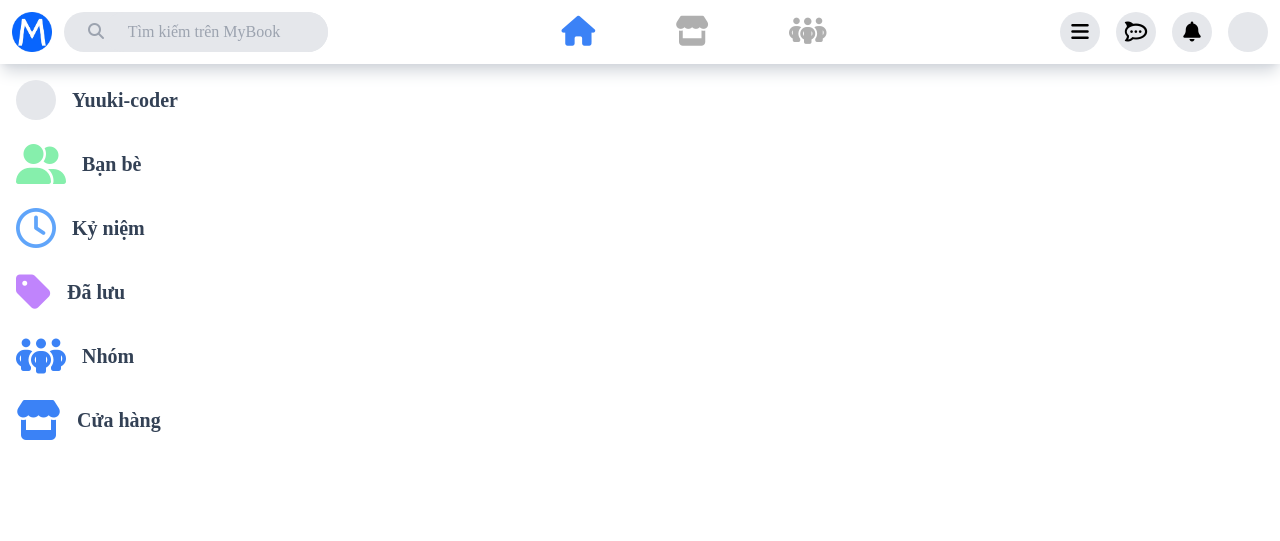
Repository: Yuukicoder/MyBook
Page: / (app in mybook/)
An editor plug-in stored every save of this project. The page is shown before and after the next save, followed by the edit.
The browser window is 1280 px wide. The pictures show the whole page.
The project was rebuilt for these pictures with package versions that can differ from the ones it lists, and the page was loaded fresh each time.

Above is the page before, as saved 2023-12-13 16:13:16.

### mybook/src/index.js
import React from 'react';
import ReactDOM from 'react-dom/client';
import './index.css';
import App from './App';
import reportWebVitals from './reportWebVitals';

const root = ReactDOM.createRoot(document.getElementById('root'));
root.render(
  <React.StrictMode >
  <App / >
  </React.StrictMode>
);

// If you want to start measuring performance in your app, pass a function
// to log results (for example: reportWebVitals(console.log))
// or send to an analytics endpoint. Learn more: https://bit.ly/CRA-vitals
reportWebVitals();

### mybook/src/index.css
@tailwind base;
@tailwind components;
@tailwind utilities;
  @import url('https://fonts.googleapis.com/css2?family=Arima:wght@100;200;300;400;500;700&display=swap');
*{
  margin: 0;
  padding: 0;
  box-sizing: border-box;
  /* border: 1px solid black; */
  font-family: Arima;
}
body{
  width: 100%;
  height: 100vh;
}

### mybook/src/App.js
import './App.css';
import '@fortawesome/fontawesome-free/css/all.min.css';
import Navbar from './Navbar'
import Option from './Option'
 var App = () =>
(
    <div class="">
        <Navbar/>
        <Option name="Yuuki-coder"/>

    </div>
)

export default App;

### mybook/src/App.css
:root{
  --text-color: rgb(175, 175, 175);
  --bg-icon-color: #e5e7eb;
}
.avatar{
  width: 40px;
  height: 40px;
  background-color: var(--bg-icon-color);
  border-radius: 50%;
  display: flex;
  align-items: center;
  justify-content: center;
}

### mybook/src/Navbar.js
import './Navbar.css'
import '@fortawesome/fontawesome-free/css/all.min.css';

var Navbar = () =>(


    <div class="flex items-center justify-between  w-screen py-3 px-3  shadow-lg shadow-gray-300">
        <div class="flex">

    <div class="Navbar_icon pr-3">
        <img class="w-10 h-10" src='iconMyBook.png' alt=""></img>
    </div>
    <div class="Navbar_search h-10 bg-gray-200 rounded-3xl">
        <label class=" text-center h-full pl-6"for="">
    <i class="fa-solid fa-magnifying-glass text-gray-400" ></i>
        </label>

        <input class="rounded-3xl text-center h-full pr-6 bg-gray-200" type="text" placeholder="Tìm kiếm trên MyBook"></input>
        </div>

    </div>
    <div class="  Navbar_selection">
        <ul class="flex gap-20">
            <li>
            <i class="fa-solid fa-house text-blue-500"></i>
            </li>
            <li>
            <i class="fa-solid fa-store"></i>
            </li>
            <li> <i class="fa-solid fa-people-group"></i></li>
        </ul>
    </div>
    <div class="Navbar_option">
        <ul class="flex gap-4 items-center">
            <li>
            <div class="avatar">

                <i class="fa-solid fa-bars"></i>
            </div>
                </li>
            <li>
            <div class="avatar">

                <i class="fa-brands fa-rocketchat"></i>
            </div>
                </li>
            <li>
            <div class="avatar">

                <i class="fa-solid fa-bell"></i>
            </div>
                </li>
            <li><div class="avatar"></div></li>
        </ul>
    </div>
    </div>
)
export default Navbar;

### mybook/src/Option.js
import './Option.css'
var Option = (x) => (
    <div class="mt-4 ml-4  grid gap-6">

    <div class="flex gap-4 items-center box ">
        <div class="avatar">
        </div>
        <p class="font-semibold text-xl text-slate-700">{x.name}</p>

    </div>
    <div class="flex gap-4 items-center box">
    <i class="fa-solid fa-user-group text-green-300"></i>
        <p class="font-semibold text-xl text-slate-700">Bạn bè</p>

    </div>
    <div class="flex gap-4 items-center box ">
    <i class="fa-regular fa-clock text-blue-400"></i>
        <p class="font-semibold text-xl text-slate-700">Kỷ niệm</p>

    </div>
    <div class="flex gap-4 items-center box ">
    <i class="fa-solid fa-tag text-purple-400"></i>
        <p class="font-semibold text-xl text-slate-700">Đã lưu</p>

    </div>
    <div class="flex gap-4 items-center box ">
    <i class="fa-solid fa-people-group text-blue-500"></i>
        <p class="font-semibold text-xl text-slate-700">Nhóm</p>

    </div>
    <div class="flex gap-4 items-center box ">
    <i class="fa-solid fa-store text-blue-500"></i>
        <p class="font-semibold text-xl text-slate-700">Cửa hàng</p>

    </div>

    </div>
)
export default Option

### mybook/src/Navbar.css
:root{
    --text-color: rgb(175, 175, 175);
    --bg-icon-color: #e5e7eb;
  }
  ul i{
  color: var(--text-color);
  font-size: 30px;
  }

  .Navbar_option ul li i{
    color: black;
  font-size: 20px;

  }

### mybook/src/Option.css

.box i{
    font-size: 40px;
}

### mybook/tailwind.config.js
/** @type {import('tailwindcss').Config} */
module.exports = {
  content: [
    "./src/**/*.{js,jsx,ts,tsx}",
  ],
  theme: {
    extend: {},
    color:{
      'text-grey':'#9ca9c9'
    }
  },
  plugins: [],
}

Loaded but not shown: mybook/public/index.html (common file); mybook/src/reportWebVitals.js (common file)

After the next save:
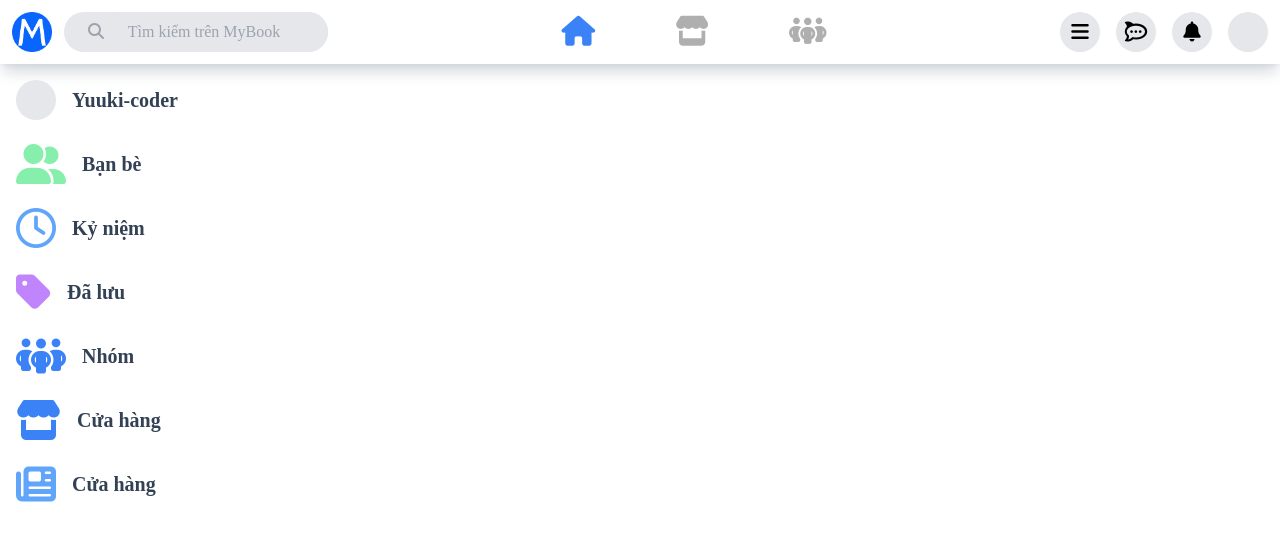
Saved 57 s later.
--- a/mybook/src/Option.js
+++ b/mybook/src/Option.js
@@ -33,6 +33,11 @@ var Option = (x) => (
         <p class="font-semibold text-xl text-slate-700">Cửa hàng</p>
 
     </div>
+    <div class="flex gap-4 items-center box ">
+        <i class="fa-solid fa-newspaper text-blue-400"></i>
+        <p class="font-semibold text-xl text-slate-700">Cửa hàng</p>
+
+    </div>
 
     </div>
 )
